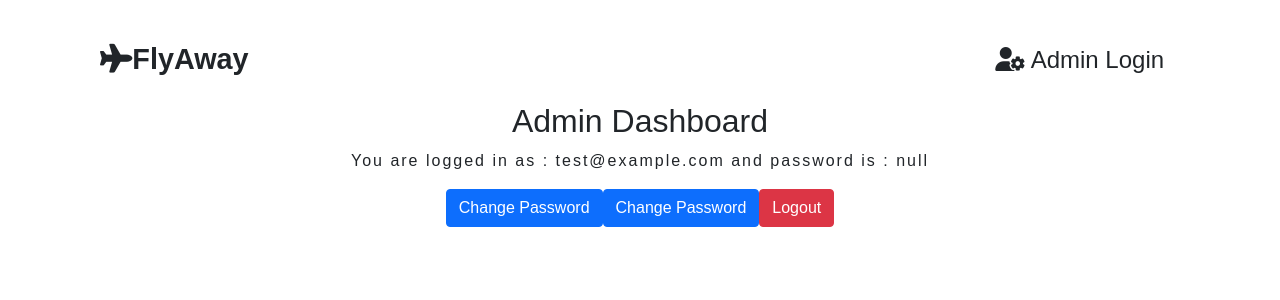
Repository: Niks4u2/FlyAway
Page: http://localhost/flyaway/dashboard.jsp
An editor plug-in stored every save of this project. The page is shown before and after the next save, followed by the edit.
The browser window is 1280 px wide. The pictures show the whole page.
Some web fonts or font styles are not loaded; a fallback is used. Some web libraries are served in a nearby version. The page is served by Tomcat 10. The session is filled in as if someone had signed in: {"email": "test@example.com"}.

Above is the page before, as saved 2021-09-27 08:22:49.

After the next save:
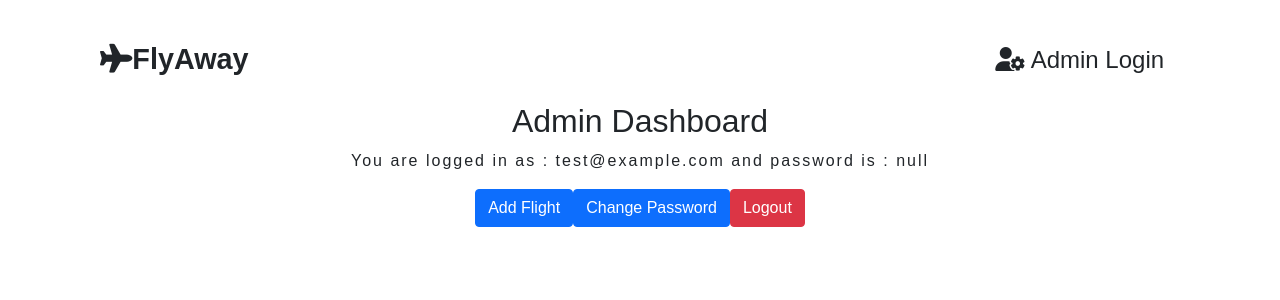
Saved 102 s later.
--- a/Source Code/flyaway/src/main/webapp/dashboard.jsp
+++ b/Source Code/flyaway/src/main/webapp/dashboard.jsp
@@ -100,7 +100,7 @@ body {
 		<div class="row g-2">
 			<div class="col-md-12 d-flex justify-content-center">
 				<button type="button" class="btn btn-primary" data-bs-toggle="modal"
-					data-bs-target="#flight">Change Password</button>
+					data-bs-target="#flight">Add Flight</button>
 				<button type="button" class="btn btn-primary" data-bs-toggle="modal"
 					data-bs-target="#change">Change Password</button>
 				<a href="LogoutServlet"><button class="btn btn-danger">Logout</button></a>
@@ -150,7 +150,7 @@ body {
 		<div class="modal-dialog text-dark">
 			<div class="modal-content">
 				<div class="modal-header">
-					<h5 class="modal-title" id="enrollLabel">Change Password</h5>
+					<h5 class="modal-title" id="enrollLabel">Add Flight</h5>
 					<button type="button" class="btn-close" data-bs-dismiss="modal"
 						aria-label="Close"></button>
 				</div>
